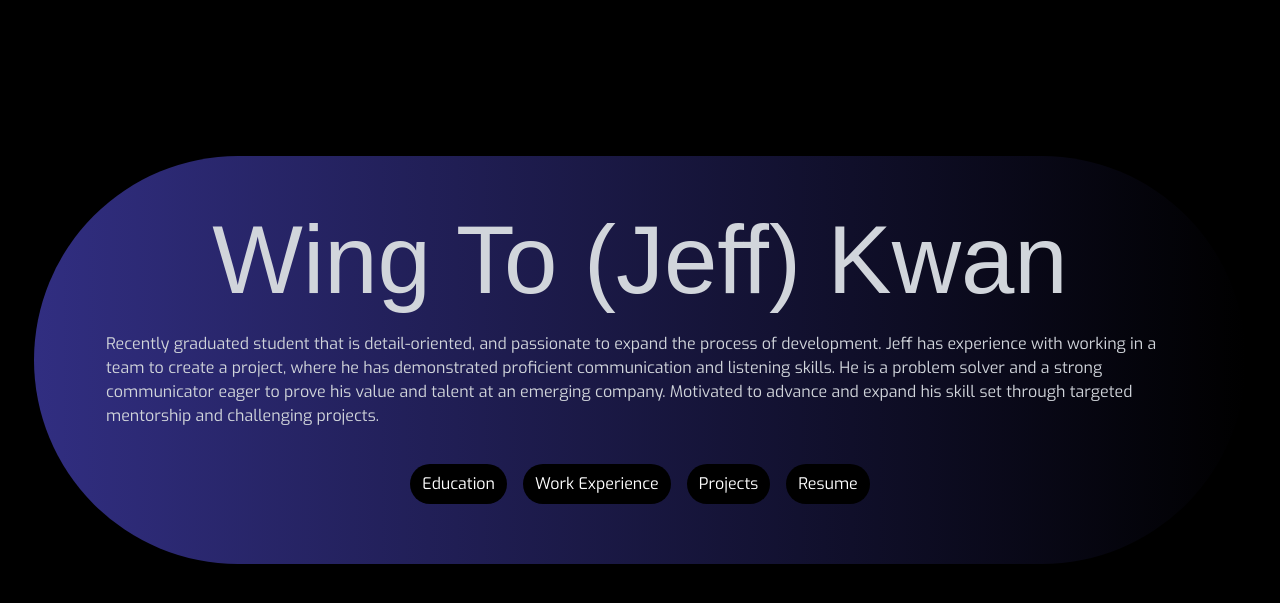
Repository: Jeffkw213/profile_website
Page: /
An editor plug-in stored every save of this project. The page is shown before and after the next save, followed by the edit.
The browser window is 1280 px wide. The pictures show the whole page.
Some web fonts or font styles are not loaded; a fallback is used. The project was rebuilt for these pictures with package versions that can differ from the ones it lists, and the page was loaded fresh each time. Also part of the build but not shown: vite.config.js, src/components/Education.jsx, src/components/Nav.jsx, src/data/projects.js, src/components/Projects.jsx, src/components/Work.jsx.

Above is the page before, as saved 2022-09-25 18:00:59.

### src/index.jsx
import React from 'react';
import ReactDOM from 'react-dom/client';
import App from './App';
import reportWebVitals from './reportWebVitals';
import './index.css';

// DOM creates an instance of your App component, though it can also pass simple JSX without any component instantiation
const root = ReactDOM.createRoot(document.getElementById('root'));
root.render(
  <React.StrictMode>
    <App />
  </React.StrictMode>
);

// If you want to start measuring performance in your app, pass a function
// to log results (for example: reportWebVitals(console.log))
// or send to an analytics endpoint. Learn more: https://bit.ly/CRA-vitals
reportWebVitals();

### src/App.jsx
import Education from './components/Education';
import Nav from './components/Nav';
import Projects from './components/Projects';
import Title from './components/Title';
import Work from './components/Work';
import records from './data/records.json';
const App = () => {
  return (
    <div className="m-0 p-0 box-border relative font-Exo">
      <Title {...records.Who} />
      {/* <Education {...records.Education} />
      <Work employ={records.Employment} />
      <Projects />
      <Nav {...records.Social} /> */}
    </div>
  );
};

export default App;

### src/index.css
@import url('https://fonts.googleapis.com/css2?family=Exo:wght@100;400&display=swap');
@import url('http://fonts.cdnfonts.com/css/nexa-bold');

@tailwind base;
@tailwind components;
@tailwind utilities;

### src/components/Title.jsx
// This is the title of the website
// There would be a breif discription of who I am
// And there would be a navigation button to scroll to a certain section of the page
const ButtonNavi = () => (
  <nav className="p-3 text-center">
    <button
      className="m-2 p-2 px-3 bg-black text-white rounded-full
    transition delay-150 duration-300 ease-in-out hover:scale-110"
    >
      Education
    </button>
    <button
      className="m-2 p-2 px-3 bg-black text-white rounded-full
    transition delay-150 duration-300 ease-in-out hover:scale-110"
    >
      Work Experience
    </button>
    <button
      className="m-2 p-2 px-3 bg-black text-white rounded-full
    transition delay-150 duration-300 ease-in-out hover:scale-110"
    >
      Projects
    </button>
    <a href="/Resume.pdf" target="_blank">
      <button
        className="m-2 p-2 px-3 bg-black text-white rounded-full
      transition delay-150 duration-300 ease-in-out hover:scale-110 hover:bg-indigo-900"
      >
        Resume
      </button>
    </a>
  </nav>
);

export default function Title({ Name, Description }) {
  return (
    <div className="min-w-100% min-h-screen max-h-screen bg-black flex items-center justify-center">
      <div className="relative resize-none bg-gradient-to-r from-indigo-900 rounded-full py-10 text-gray-300 opacity-100">
        <h1 className="font-Nexa text-8xl text-center pt-4 pb-2 ">{Name}</h1>
        <p className="p-4 mx-14 w-[1100px]">{Description}</p>
        <ButtonNavi />
      </div>
    </div>
  );
}

### src/data/records.json
{
  "Who": {
    "Name": "Wing To (Jeff) Kwan",
    "Location": {
      "City": "Richmond Hill",
      "Province": "Ontario",
      "Country": "Canada",
      "Street": "176 Kimono Crescent",
      "Postal": "L4S 2A4"
    },
    "Description": "Recently graduated student that is detail-oriented, and passionate to expand the process of development. Jeff has experience with working in a team to create a project, where he has demonstrated proficient communication and listening skills. He is a problem solver and a strong communicator eager to prove his value and talent at an emerging company. Motivated to advance and expand his skill set through targeted mentorship and challenging projects.",
    "Skills": {
      "Languages": "Python, Java, Javascript, CSS, HTML, SQL, Prolog, C#, C98, C99",
      "Framework": "Numpy, Pandas, MySQL, React, Node.js",
      "Platform": "Linux, Windows, MACOS, Android",
      "Techniques": "OOP, DataStructures, Machine Learning, Data Mining"
    }
  },
  "Social": {
    "Email": "jeffkwan10@gmail.com",
    "Linkedin": "https://www.linkedin.com/in/jeff-kwan-881a41203/",
    "Github": "https://github.com/Jeffkw213"
  },

  "Education": {
    "School": "York University",
    "Degree": "B.Sc., Spec. Hons. Computer Science",
    "RelatativeCoursework": "Web development, Algorithms and Data Structures, Software Engineering, Machine Learning, Databases",
    "Graduation": "August 2022",
    "Start": "Sept 2018"
  },

  "Employment": [
    {
      "Role": "Supervisor, Swim Instructor, Lifeguard",
      "Where": "City of Richmond Hill",
      "Description": "Through my time working at the pool, I have learnt alot of skills including teamwork, communication, and responsiblity. Majority of the time I had to explain various abstract topics to clients as well as coworker. I have learned to be allows be cool headed when dealing with tough situations. Later on, I was able to take a leadership role by utilizing the knowledge of policies and procedures.",
      "Date": "Mar 2016 - present"
    },
    {
      "Role": "C4 Student",
      "Where": "York University",
      "Description": "C4 Student brings students together to create powerful social impact. I was able to participate in helping a group research about AI determining a student's job by reading the students resume.",
      "Date": "Jan 2022 - Jun 2022"
    }
  ]
}

### tailwind.config.js
/** @type {import('tailwindcss').Config} */
module.exports = {
  content: ['./index.html', './src/**/*.{js,jsx}'],
  theme: {
    extend: {
      fontFamily: {
        Exo : "'Exo', sans-serif",
        Nexa : "'Nexa', sans-serif",
      },
      variants: {
        width: ["responsive", "hover", "focus"]
      },

    }
  },
  plugins: []
};

Loaded but not shown: public/index.html (common file); src/reportWebVitals.js (common file)

After the next save:
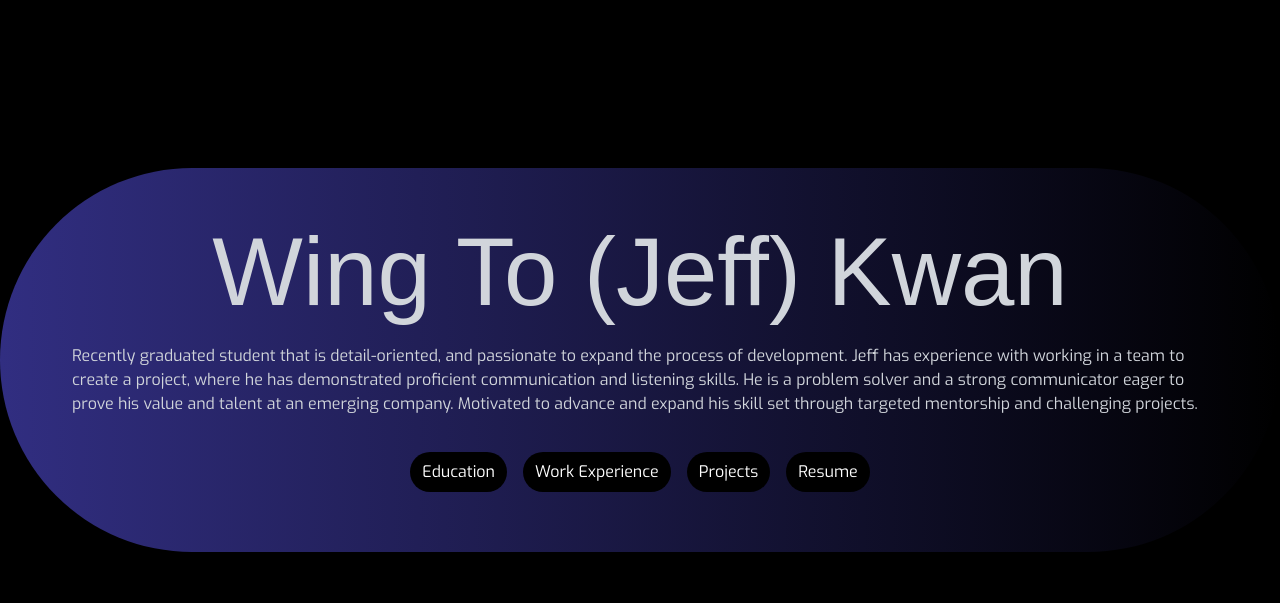
Saved 34 s later.
--- a/src/components/Title.jsx
+++ b/src/components/Title.jsx
@@ -37,7 +37,7 @@
     <div className="min-w-100% min-h-screen max-h-screen bg-black flex items-center justify-center">
       <div className="relative resize-none bg-gradient-to-r from-indigo-900 rounded-full py-10 text-gray-300 opacity-100">
         <h1 className="font-Nexa text-8xl text-center pt-4 pb-2 ">{Name}</h1>
-        <p className="p-4 mx-14 w-[1100px]">{Description}</p>
+        <p className="p-4 mx-14 min-w-[1100px]">{Description}</p>
         <ButtonNavi />
       </div>
     </div>

After the save that followed:
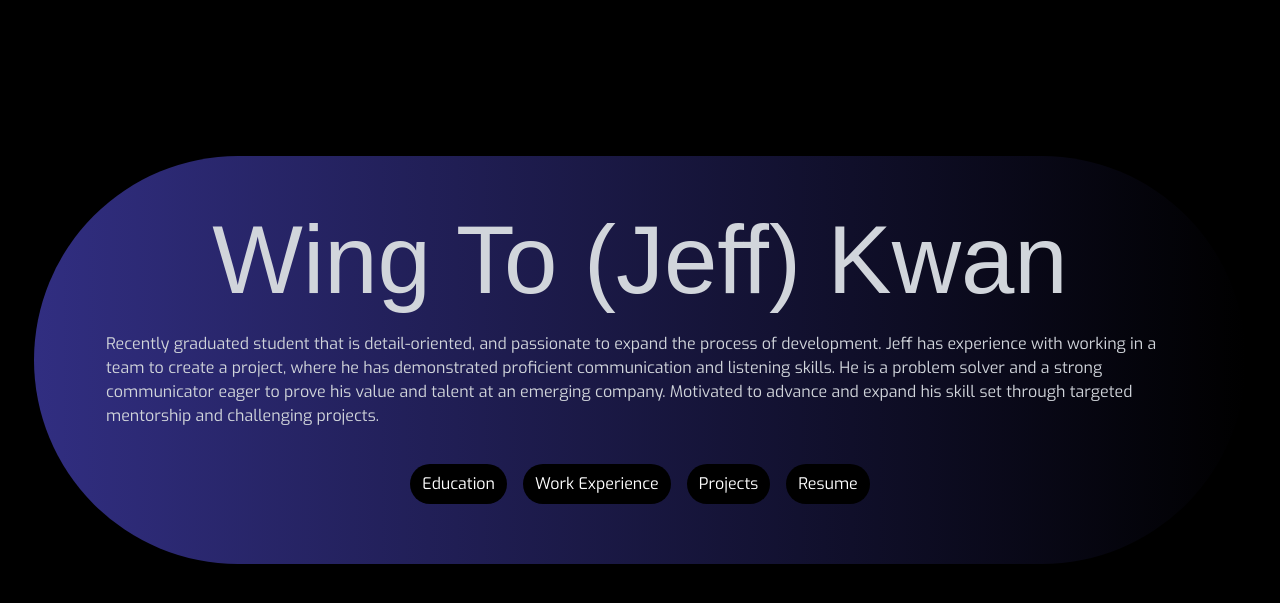
Saved 15 s later.
--- a/src/components/Title.jsx
+++ b/src/components/Title.jsx
@@ -37,7 +37,7 @@
     <div className="min-w-100% min-h-screen max-h-screen bg-black flex items-center justify-center">
       <div className="relative resize-none bg-gradient-to-r from-indigo-900 rounded-full py-10 text-gray-300 opacity-100">
         <h1 className="font-Nexa text-8xl text-center pt-4 pb-2 ">{Name}</h1>
-        <p className="p-4 mx-14 min-w-[1100px]">{Description}</p>
+        <p className="p-4 mx-14 max-w-[1100px]">{Description}</p>
         <ButtonNavi />
       </div>
     </div>
